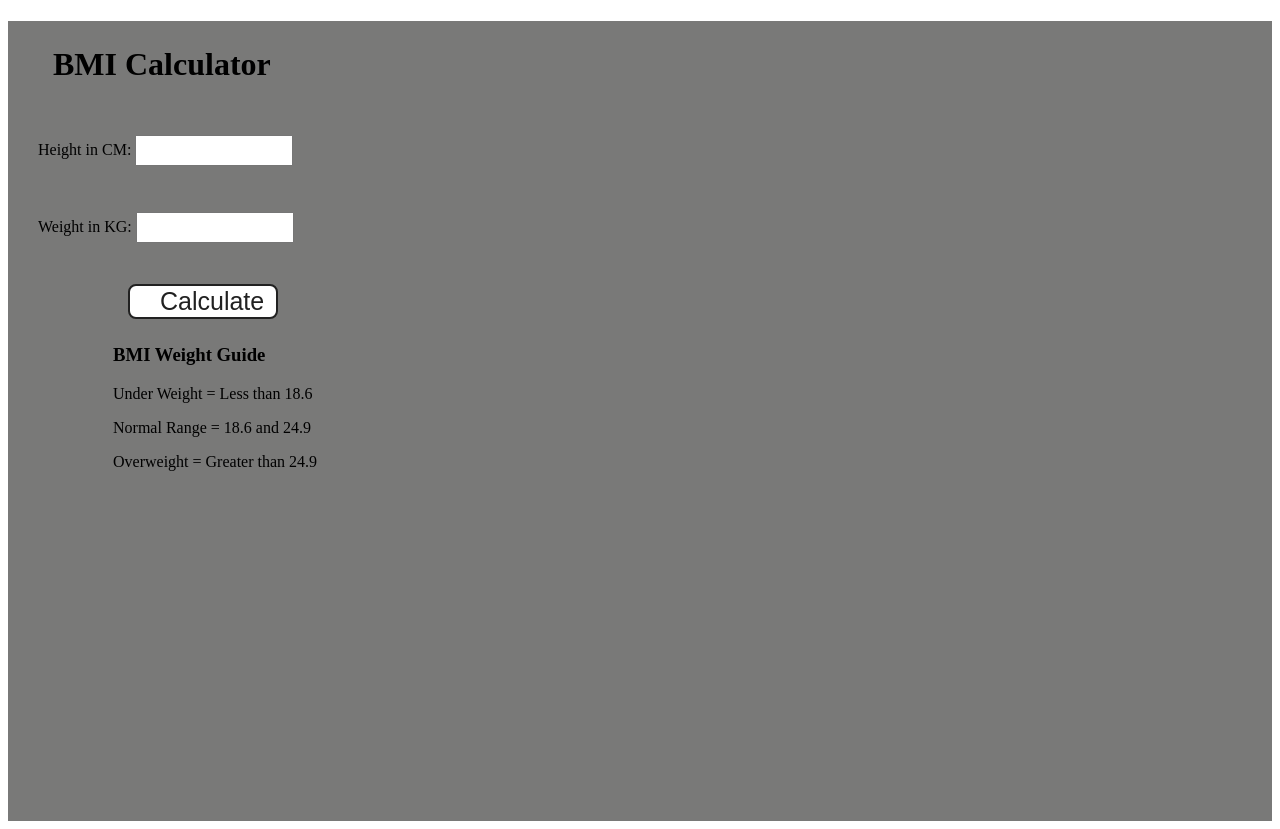
Repository: VishwaGoswami1407/JavaScript-Practice
Page: 07_projects/project2.html
An editor plug-in stored every save of this project. The page is shown before and after the next save, followed by the edit.
The browser window is 1280 px wide. The pictures show the whole page.

Above is the page before, as saved 2024-07-07 18:53:55.

After the next save:
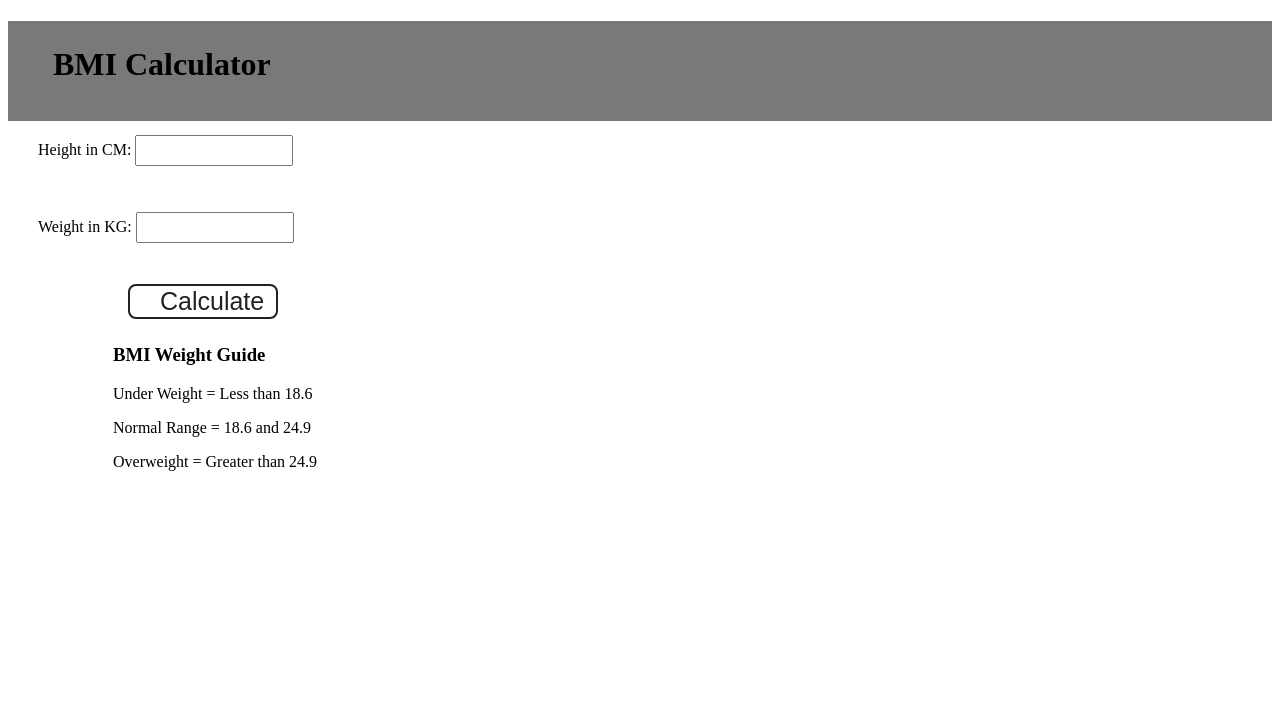
Saved 9 s later.
--- a/07_projects/style2.css
+++ b/07_projects/style2.css
@@ -1,6 +1,6 @@
 .container {
 
-    height: 800px;
+    height: 100px;
 
     background-color: #797978;
     padding-left: 30px;
